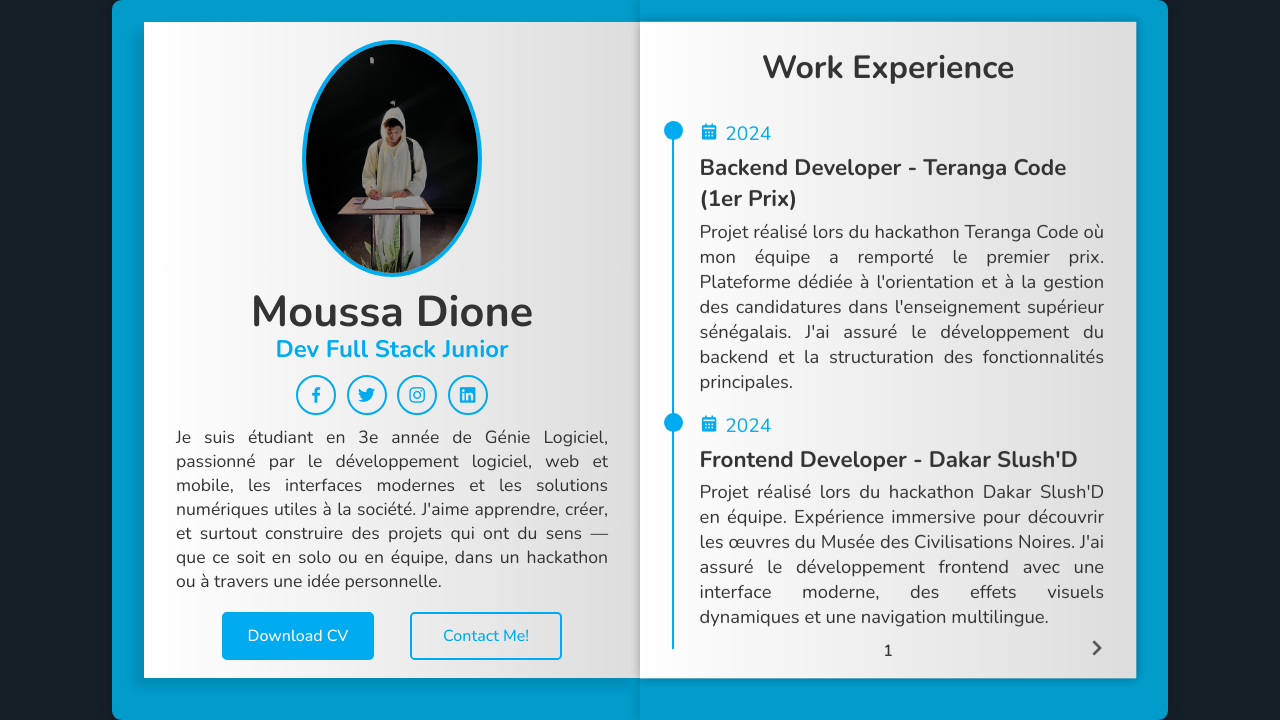
Repository: Dionecena/Portfolio
Page: Book portfolio website/index.html
These files come from the project's save history. The page is drawn as it stood at one moment and after the next save; the edit follows.
The browser window is 1280 px wide. The pictures show the whole page.
Some web fonts or font styles are not loaded; a fallback is used.

Above is the page before, as saved 2025-10-16 05:01:46.

After the next save:
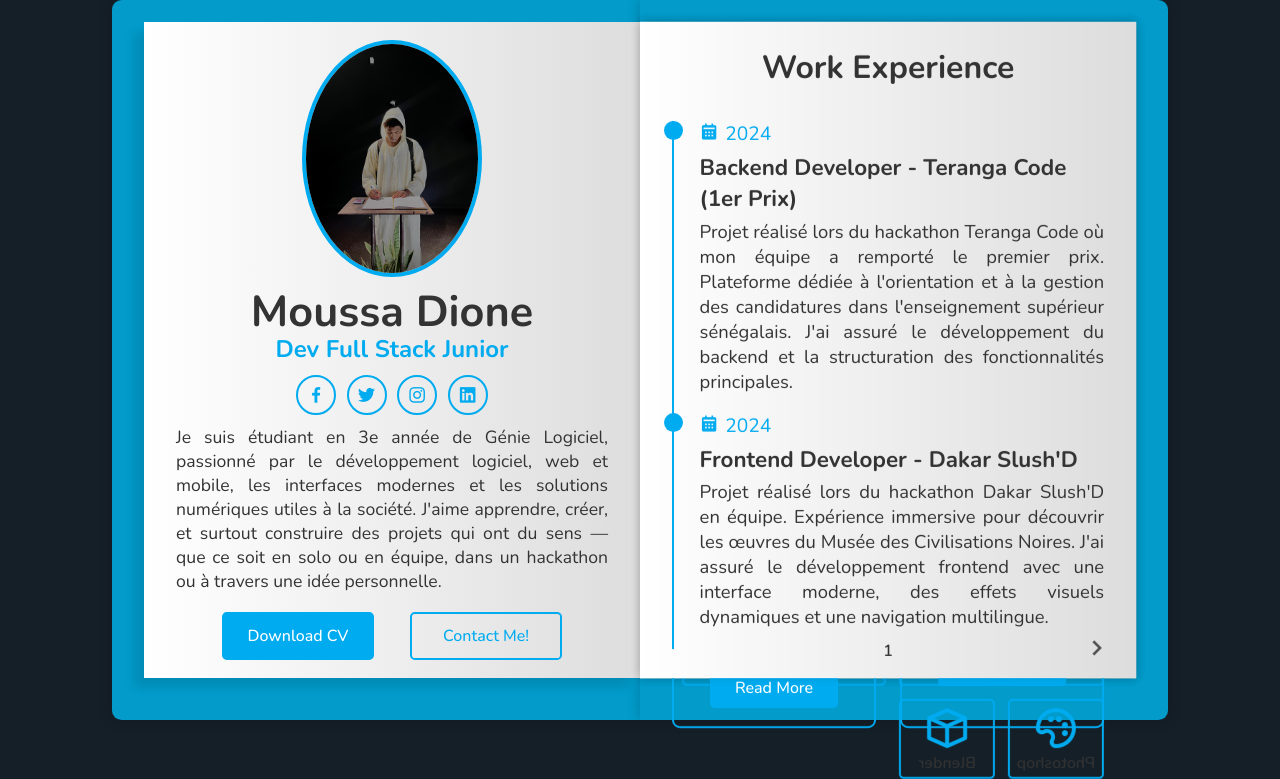
Saved 7 min 38 s later.
--- a/Book portfolio website/index.html
+++ b/Book portfolio website/index.html
@@ -134,40 +134,36 @@
             <div class="services-box">
               <div class="services-content">
                 <i class="bx bx-code-alt"></i>
-                <h3>Web Development</h3>
-                <p>
-                  Lorem ipsum, dolor sit amet consectetur adipisicing elit. Nisi
-                  quae accusamus aliquam.
+                <h3>Développement Web Full Stack</h3>
+                <p>
+                  Création d'applications web complètes avec technologies modernes, de l'interface utilisateur à la base de données.
                 </p>
                 <a href="#" class="btn">Read More</a>
               </div>
 
               <div class="services-content">
                 <i class="bx bxs-paint"></i>
-                <h3>Creative Design</h3>
-                <p>
-                  Lorem ipsum, dolor sit amet consectetur adipisicing elit. Nisi
-                  quae accusamus aliquam.
-                </p>
-                <a href="#" class="btn">Read More</a>
-              </div>
-
-              <div class="services-content">
-                <i class="bx bx-bar-chart-alt"></i>
-                <h3>Digital Marketing</h3>
-                <p>
-                  Lorem ipsum, dolor sit amet consectetur adipisicing elit. Nisi
-                  quae accusamus aliquam.
-                </p>
-                <a href="#" class="btn">Read More</a>
-              </div>
-
-              <div class="services-content">
-                <i class="bx bx-search"></i>
-                <h3>SEO</h3>
-                <p>
-                  Lorem ipsum, dolor sit amet consectetur adipisicing elit. Nisi
-                  quae accusamus aliquam.
+                <h3>Création de Logos & Maquettes</h3>
+                <p>
+                  Conception d'identités visuelles uniques et de maquettes professionnelles pour vos projets digitaux.
+                </p>
+                <a href="#" class="btn">Read More</a>
+              </div>
+
+              <div class="services-content">
+                <i class="bx bx-palette"></i>
+                <h3>Conception d'Interfaces UI/UX</h3>
+                <p>
+                  Design d'expériences utilisateur intuitives et d'interfaces modernes pour applications web et mobile.
+                </p>
+                <a href="#" class="btn">Read More</a>
+              </div>
+
+              <div class="services-content">
+                <i class="bx bx-server"></i>
+                <h3>Développement Backend & API</h3>
+                <p>
+                  Création d'architectures serveur robustes et d'APIs sécurisées pour vos applications.
                 </p>
                 <a href="#" class="btn">Read More</a>
               </div>
@@ -191,28 +187,32 @@
                 <div class="content">
                   <span><i class="bx bxl-html5"></i> HTML</span>
                   <span><i class="bx bxl-css3"></i>CSS</span>
-                  <span><i class="bx bxl-javascript"></i>JS</span>
-                  <span><i class="bx bxl-angular"></i>Angular</span>
-                  <span><i class="bx bxl-react"></i>React Js</span>
-                  <span><i class="bx bxl-bootstrap"></i>BootStrap</span>
-                  <span><i class="bx bxl-jquery"></i>Jquery</span>
+                  <span><i class="bx bxl-javascript"></i>JavaScript</span>
+                  <span><i class="bx bxl-react"></i>React</span>
+                  <span><i class="bx bxl-php"></i>PHP</span>
                 </div>
               </div>
 
               <div class="skills-content">
-                <h3>Back-End</h3>
+                <h3>Back-End & Langages</h3>
                 <div class="content">
+                  <span><i class="bx bxl-java"></i>Java</span>
                   <span><i class="bx bxl-python"></i>Python</span>
-                  <span><i class="bx bxl-java"></i>Java</span>
-                  <span><i class="bx bxl-nodejs"></i>Node JS</span>
-                  <span><i class="bx bxl-php"></i>PHP</span>
+                  <span><i class="bx bx-code"></i>C/C++</span>
+                  <span><i class="bx bxl-php"></i>Laravel</span>
+                  <span><i class="bx bx-data"></i>MySQL</span>
                 </div>
               </div>
 
               <div class="skills-content">
-                <h3>UI/UX Design</h3>
+                <h3>Outils & Design</h3>
                 <div class="content">
+                  <span><i class="bx bxl-github"></i>GitHub</span>
+                  <span><i class="bx bxl-tux"></i>Linux</span>
+                  <span><i class="bx bxl-windows"></i>Windows</span>
                   <span><i class="bx bxl-figma"></i>Figma</span>
+                  <span><i class="bx bx-palette"></i>Photoshop</span>
+                  <span><i class="bx bx-cube"></i>Blender</span>
                 </div>
               </div>
             </div>
@@ -239,14 +239,14 @@
 
                         <div class="info-box">
                             <div class="info-title">
-                                <h3>Project Name</h3>
-                                <a href="#">Live Preview <i class="bx bx-link-external"></i></a>
+                                <h3>Musée des Civilisations Noires</h3>
+                                <a href="https://hackathon-dakar-slush-d.netlify.app/">Live Preview <i class="bx bx-link-external"></i></a>
                             </div>
-                            <p>Tech Used:</p>
-                            <p>Lorem ipsum dolor sit amet consectetur adipisicing elit. Distinctio, vel ipsum quis possimus quaerat voluptatem temporibus saepe veniam?</p>
+                            <p>Tech Used: React, JavaScript, HTML/CSS, Laravel</p>
+                            <p>Expérience immersive 3D pour découvrir les œuvres du Musée des Civilisations Noires. Interface moderne avec effets visuels dynamiques et navigation multilingue développée lors du hackathon Dakar Slush'D.</p>
                         </div>
                         <div class="btn-box">
-                            <a href="#" class="btn">Source Code</a>
+                            <a href="https://github.com/Madieyeee/Hackathon-Dakar-Slush-D" class="btn">Source Code</a>
                             <a href="#" class="btn">More Projects</a>
 
                         </div>
